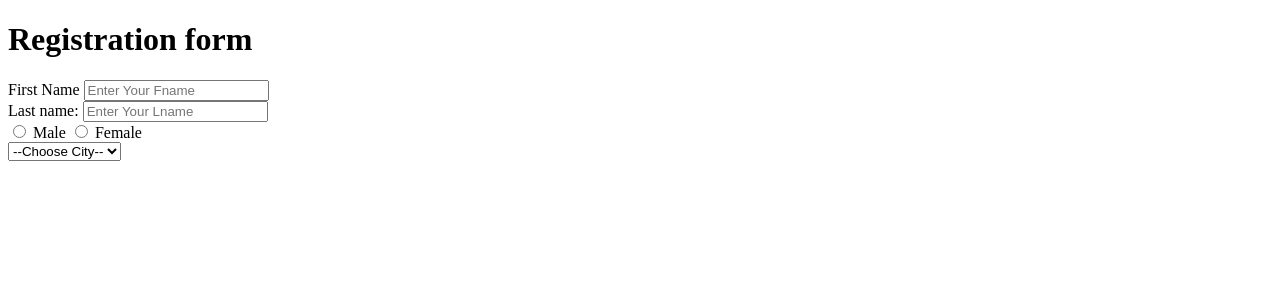
Repository: yuktavyas14/vscode
Page: index.html
An editor plug-in stored every save of this project. The page is shown before and after the next save, followed by the edit.
The browser window is 1280 px wide. The pictures show the whole page.

Above is the page before, as saved 2021-06-08 15:45:34.

After the next save:
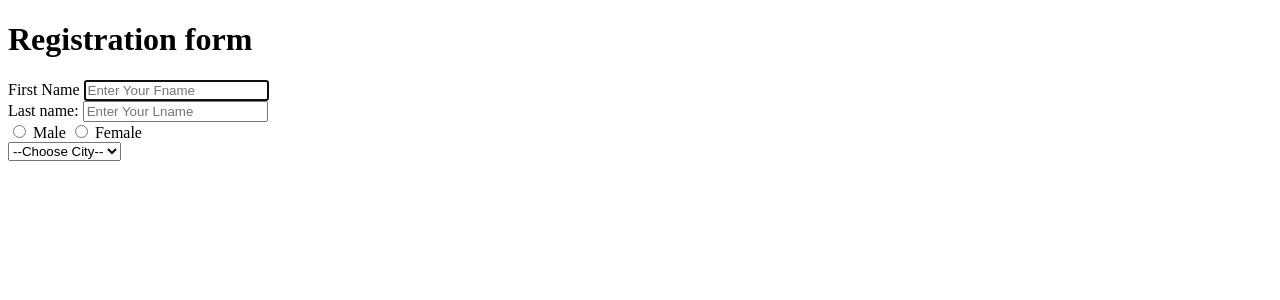
Saved 67 s later.
--- a/index.html
+++ b/index.html
@@ -11,9 +11,9 @@
     <h1>Registration form</h1>
     <form action="send.php">
         <label for="fname">First Name</label>
-        <input type="text" placeholder="Enter Your Fname" required ><br>
+        <input type="text" placeholder="Enter Your Fname" required autofocus><br>
         <label for="lname">Last name:</label>
-        <input type="text" placeholder="Enter Your Lname" required ><br>
+        <input type="text" placeholder="Enter Your Lname" required autofocus><br>
         <input type="radio" name="gender" required > Male
         <input type="radio" name="gender" required > Female <br>
         <select required>
